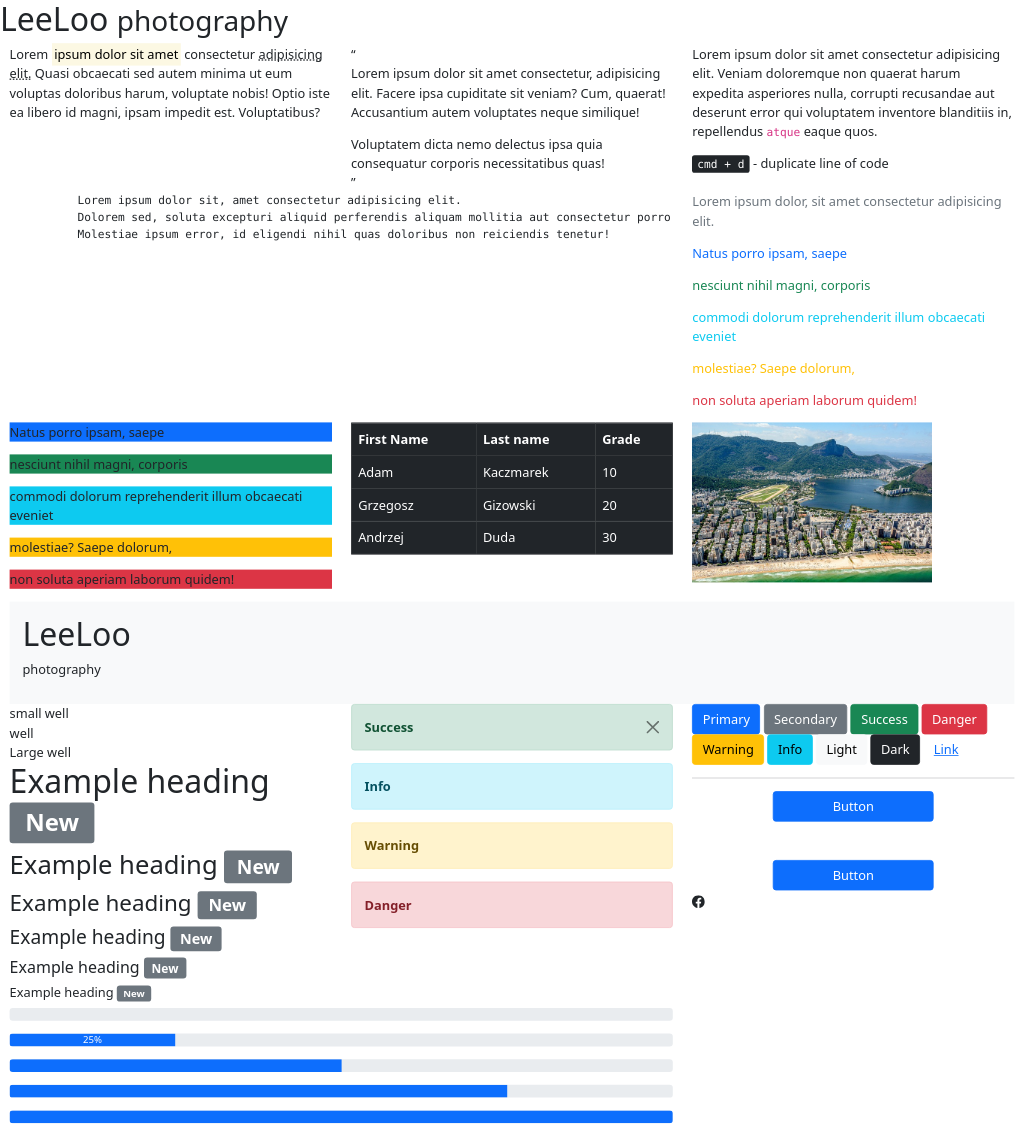
Repository: Zyzik-33/bootstrap-test
Page: index.html
An editor plug-in stored every save of this project. The page is shown before and after the next save, followed by the edit.
The browser window is 1280 px wide. The pictures show the whole page, at 80% of full size.

Above is the page before, as saved 2021-01-27 22:18:11.

After the next save:
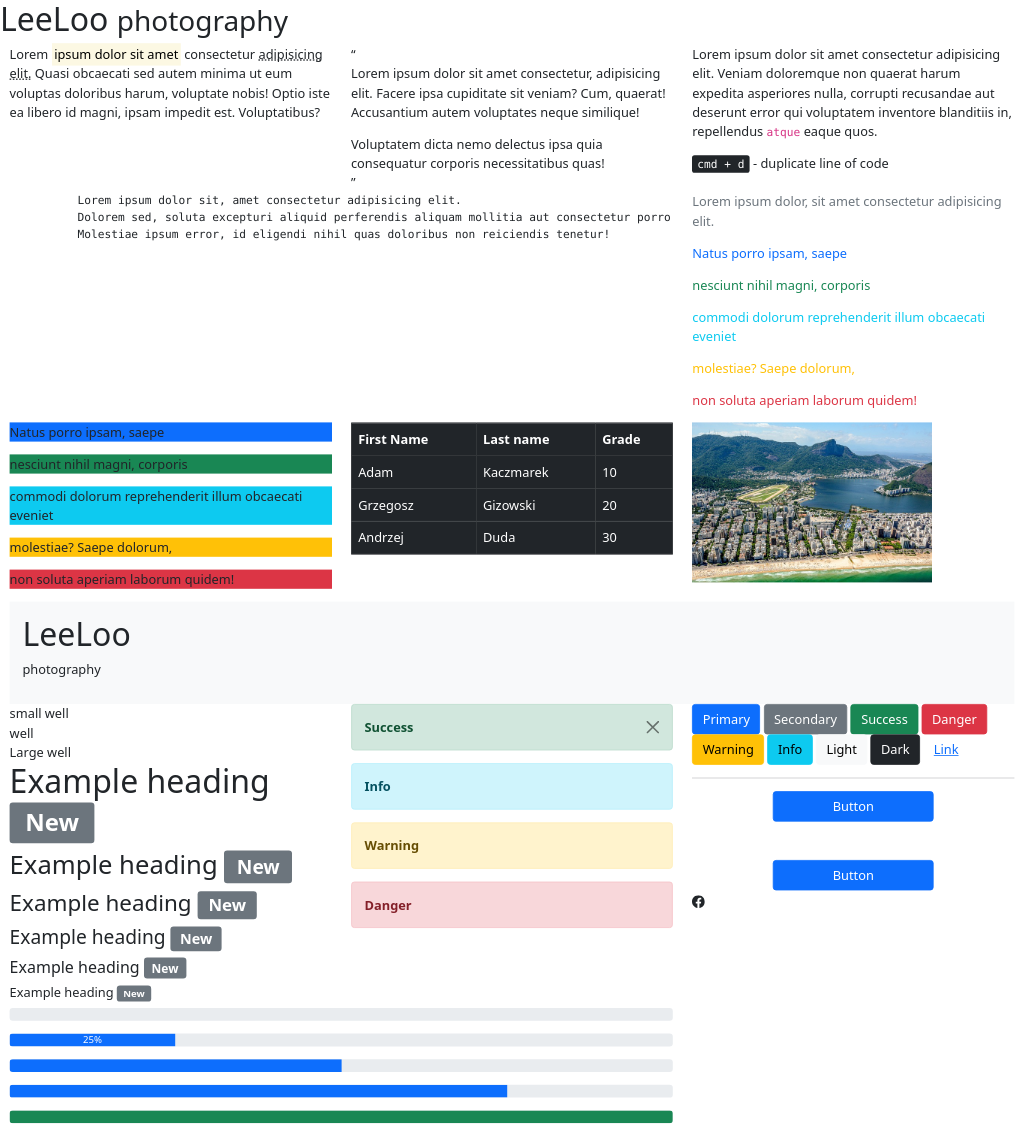
Saved 97 s later.
--- a/index.html
+++ b/index.html
@@ -167,7 +167,7 @@
           <div class="progress-bar" role="progressbar" style="width: 75%" aria-valuenow="75" aria-valuemin="0" aria-valuemax="100"></div>
         </div>
         <div class="progress mb-3">
-          <div class="progress-bar" role="progressbar" style="width: 100%" aria-valuenow="100" aria-valuemin="0" aria-valuemax="100"></div>
+          <div class="progress-bar bg-success" role="progressbar" style="width: 100%" aria-valuenow="100" aria-valuemin="0" aria-valuemax="100"></div>
         </div>
       </div>
       <div class="col-lg-2"></div>
